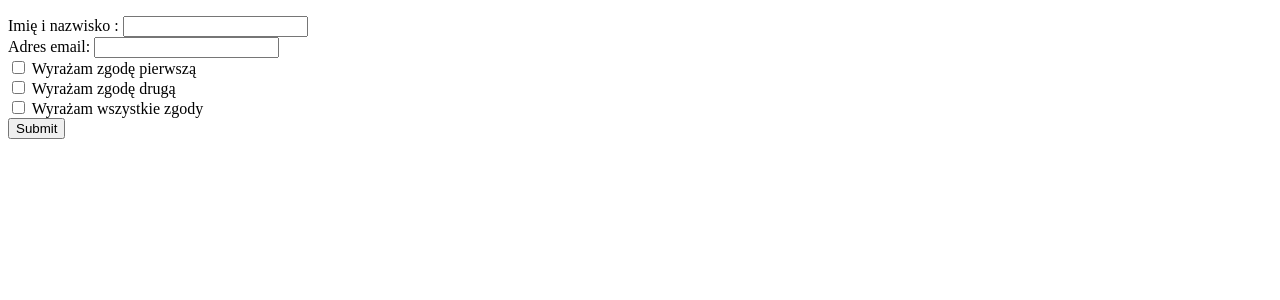
Repository: magdaf41/JavaScript
Page: JS DOM zadanie_5/index.html
These files come from the project's save history. The page is drawn as it stood at one moment and after the next save; the edit follows.
The browser window is 1280 px wide. The pictures show the whole page.

Above is the page before, as saved 2020-09-06 15:59:50.
Console error: TypeError: Cannot read properties of null (reading 'addEventListener')

### JS DOM zadanie_5/index.html
<!DOCTYPE html>
<html lang="en">

<head>
    <meta charset="UTF-8">
    <meta name="viewport" content="width=device-width, initial-scale=1.0">
    <title>Warsztat 3 - Walidacja formularza</title>
    <link rel="stylesheet" href="css/style.css">
</head>

<body>
    <form id="newsletter-form" action="">

        <ul class="errors"></ul>
        <label>Imię  i nazwisko : <input type="text" name="name" value=""></label><br>
        <label>Adres email: <input type="text" name="email" id="email"> </label><br>


        <input type="checkbox" name="accept_1" id="accept">
        <label for="accept_1">Wyrażam zgodę pierwszą</label><br>
        <input type="checkbox" name="accept_2" id="accept">
        <label for="accept_2">Wyrażam zgodę drugą</label><br>
        <input type="checkbox" name="allAccept" id="allAccept">
        <label for="allAccept">Wyrażam wszystkie zgody</label><br>
        <input id="submit" type="submit" value="Submit">
    </form>


    <script src="js/script.js"></script>
</body>

</html>

### JS DOM zadanie_5/js/script.js
let form = document.getElementById('form');
let name = document.querySelector('[name="name"]');
let email = document.querySelector('[name="email"]');

console.log(form);
console.log(name);
console.log(email);

form.addEventListener('submit', (e) => {
    e.preventDefault()
} )

// function validationForm() {
//     let pole = document.form["name"].value;
//     if (pole == "") {
//         alert("Uzupełnij imię i nazwikos");
//         return false;
//     }
// }

Loaded but not shown: JS DOM zadanie_5/css/style.css (no stored copy; drawn as an empty file)

After the next save:
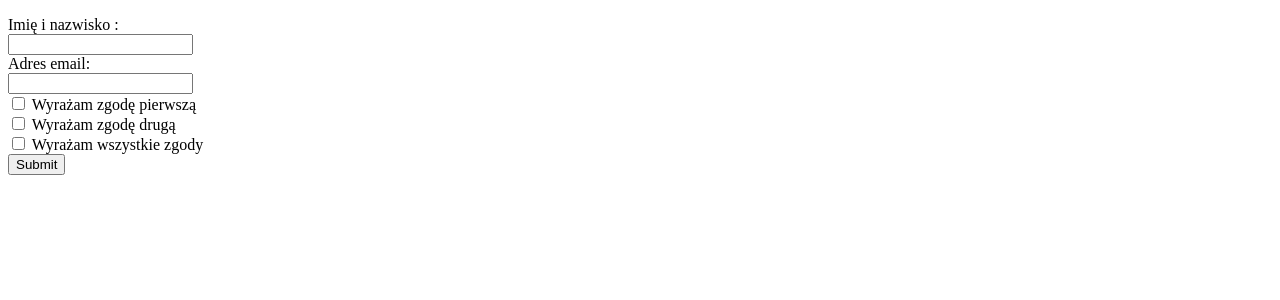
Saved 114 s later.
--- a/JS DOM zadanie_5/index.html
+++ b/JS DOM zadanie_5/index.html
@@ -12,8 +12,10 @@
     <form id="newsletter-form" action="">
 
         <ul class="errors"></ul>
-        <label>Imię  i nazwisko : <input type="text" name="name" value=""></label><br>
-        <label>Adres email: <input type="text" name="email" id="email"> </label><br>
+        <label for="name">Imię  i nazwisko : </label><br>
+        <input type="text" name="name" value=""><br>
+        <label for="email">Adres email:  </label><br>
+        <input type="text" name="email" id="email"><br>
 
 
         <input type="checkbox" name="accept_1" id="accept">
--- a/JS DOM zadanie_5/js/script.js
+++ b/JS DOM zadanie_5/js/script.js
@@ -10,10 +10,4 @@ form.addEventListener('submit', (e) => {
     e.preventDefault()
 } )
 
-// function validationForm() {
-//     let pole = document.form["name"].value;
-//     if (pole == "") {
-//         alert("Uzupełnij imię i nazwikos");
-//         return false;
-//     }
-// }
+//
